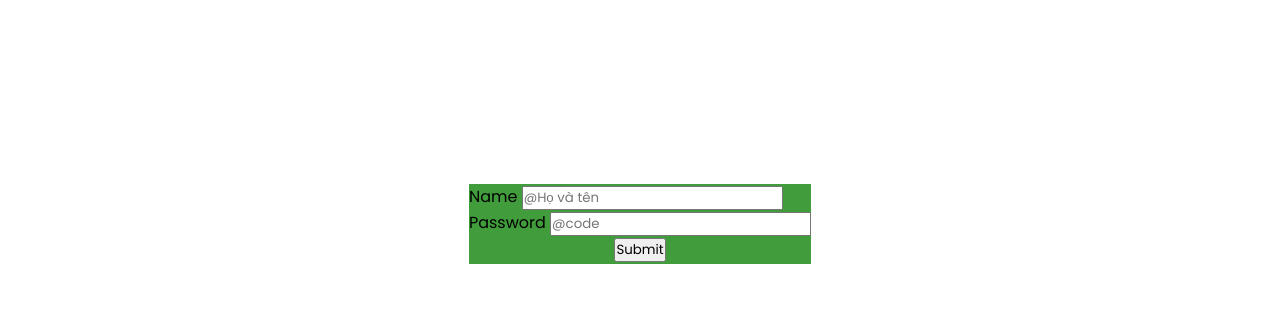
Repository: TruongVu299/Nhom21_NguyenThiNgocLam_DoTruongVu
Page: SourcesCode/index2.html
An editor plug-in stored every save of this project. The page is shown before and after the next save, followed by the edit.
The browser window is 1280 px wide. The pictures show the whole page.

Above is the page before, as saved 2023-04-22 02:58:45.

After the next save:
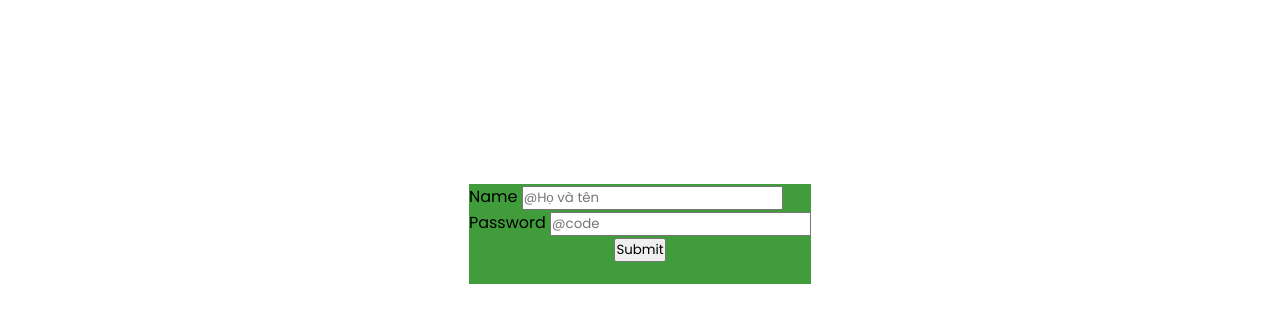
Saved 37 s later.
--- a/SourcesCode/style2.css
+++ b/SourcesCode/style2.css
@@ -8,7 +8,7 @@
 }
 #wrapper {
     width:max-content;
-    height: 80px;
+    height: 100px;
     margin:0px auto;
     margin-top:184px;
     margin-bottom: 50px;
